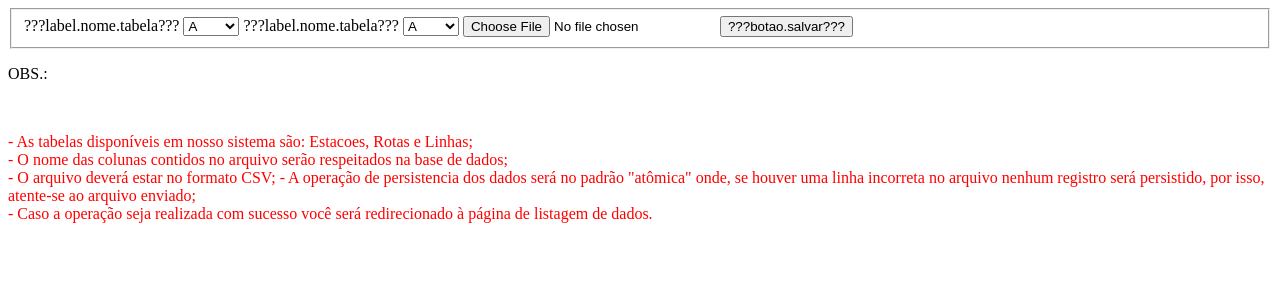
Repository: jonathansds/GIT_Metro-Londres
Page: http://localhost/Metro-Londres/WEB-INF/jsp/dados/trajeto.jsp
An editor plug-in stored every save of this project. The page is shown before and after the next save, followed by the edit.
The browser window is 1280 px wide. The pictures show the whole page.
The page is served by Tomcat 9. Nobody is signed in. Other server files are loaded and not shown. The template is opened directly, without the code that normally fills it, so the values that code supplies are empty.

Above is the page before, as saved 2014-05-13 17:13:16.

### Workspace_Metro-Londres/Metro-Londres/WebContent/WEB-INF/jsp/dados/trajeto.jsp
<?xml version="1.0" encoding="ISO-8859-1" ?>
<%@ page language="java" contentType="text/html; charset=ISO-8859-1" pageEncoding="ISO-8859-1"%>
<%@taglib uri="http://java.sun.com/jsp/jstl/core" prefix="c"%>
<%@taglib uri="http://java.sun.com/jsp/jstl/fmt" prefix="fmt"%>

<!DOCTYPE html PUBLIC "-//W3C//DTD XHTML 1.0 Transitional//EN" "http://www.w3.org/TR/xhtml1/DTD/xhtml1-transitional.dtd">
<html xmlns="http://www.w3.org/1999/xhtml"
	xmlns:p="http://primefaces.org/ui">


	<body>
		<form action="<c:url value='/importar' />" method="post" enctype="multipart/form-data">
			<fieldset>
				<label for="estacao1"><fmt:message key='label.nome.tabela' /></label>
				<select id="estacao1" name="estacaoOrigem">
				    <option value="A">A</option>
				    <option value="B">A</option>
				    <option value="-">Other</option>
				</select>
				<label for="estacao2"><fmt:message key='label.nome.tabela' /></label>
				<select id="estacao2" name="estacaoDestino">
				    <option value="A">A</option>
				    <option value="B">A</option>
				    <option value="-">Other</option>
				</select>
			    <input id="arquivo" type="file" name="arquivo" size="50" />
			    <button type="submit" ><fmt:message key='botao.salvar' /></button>
			</fieldset>
		</form>
		<p>OBS.:</p><br />
		<p style="color: red">
			- As tabelas disponíveis em nosso sistema são: Estacoes, Rotas e Linhas; <br />
			- O nome das colunas contidos no arquivo serão respeitados na base de dados; <br/>
			- O arquivo deverá estar no formato CSV;
			- A operação de persistencia dos dados será no padrão "atômica" onde, se houver uma linha incorreta no arquivo nenhum registro será persistido, por isso, atente-se ao arquivo enviado; <br/>
			- Caso a operação seja realizada com sucesso você será redirecionado à página de listagem de dados.
		</p>
	</body>
</html>

After the next save:
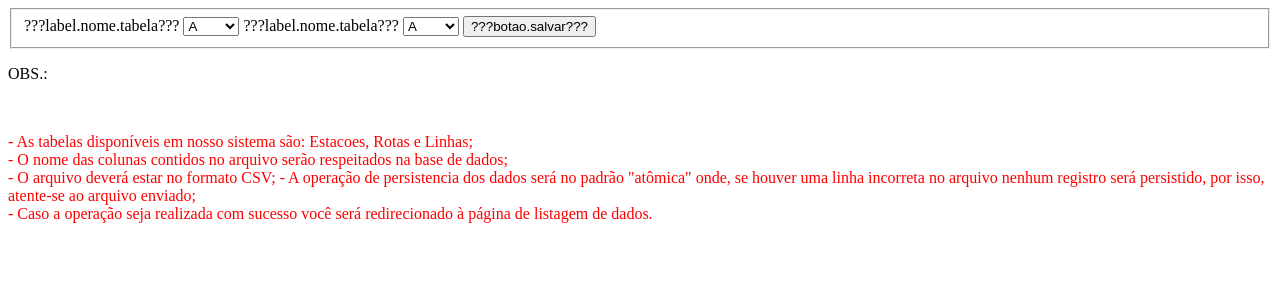
Saved 16 s later.
--- a/Workspace_Metro-Londres/Metro-Londres/WebContent/WEB-INF/jsp/dados/trajeto.jsp
+++ b/Workspace_Metro-Londres/Metro-Londres/WebContent/WEB-INF/jsp/dados/trajeto.jsp
@@ -9,7 +9,7 @@
 
 
 	<body>
-		<form action="<c:url value='/importar' />" method="post" enctype="multipart/form-data">
+		<form action="<c:url value='/definir' />" method="post" enctype="multipart/form-data">
 			<fieldset>
 				<label for="estacao1"><fmt:message key='label.nome.tabela' /></label>
 				<select id="estacao1" name="estacaoOrigem">
@@ -23,7 +23,6 @@
 				    <option value="B">A</option>
 				    <option value="-">Other</option>
 				</select>
-			    <input id="arquivo" type="file" name="arquivo" size="50" />
 			    <button type="submit" ><fmt:message key='botao.salvar' /></button>
 			</fieldset>
 		</form>
